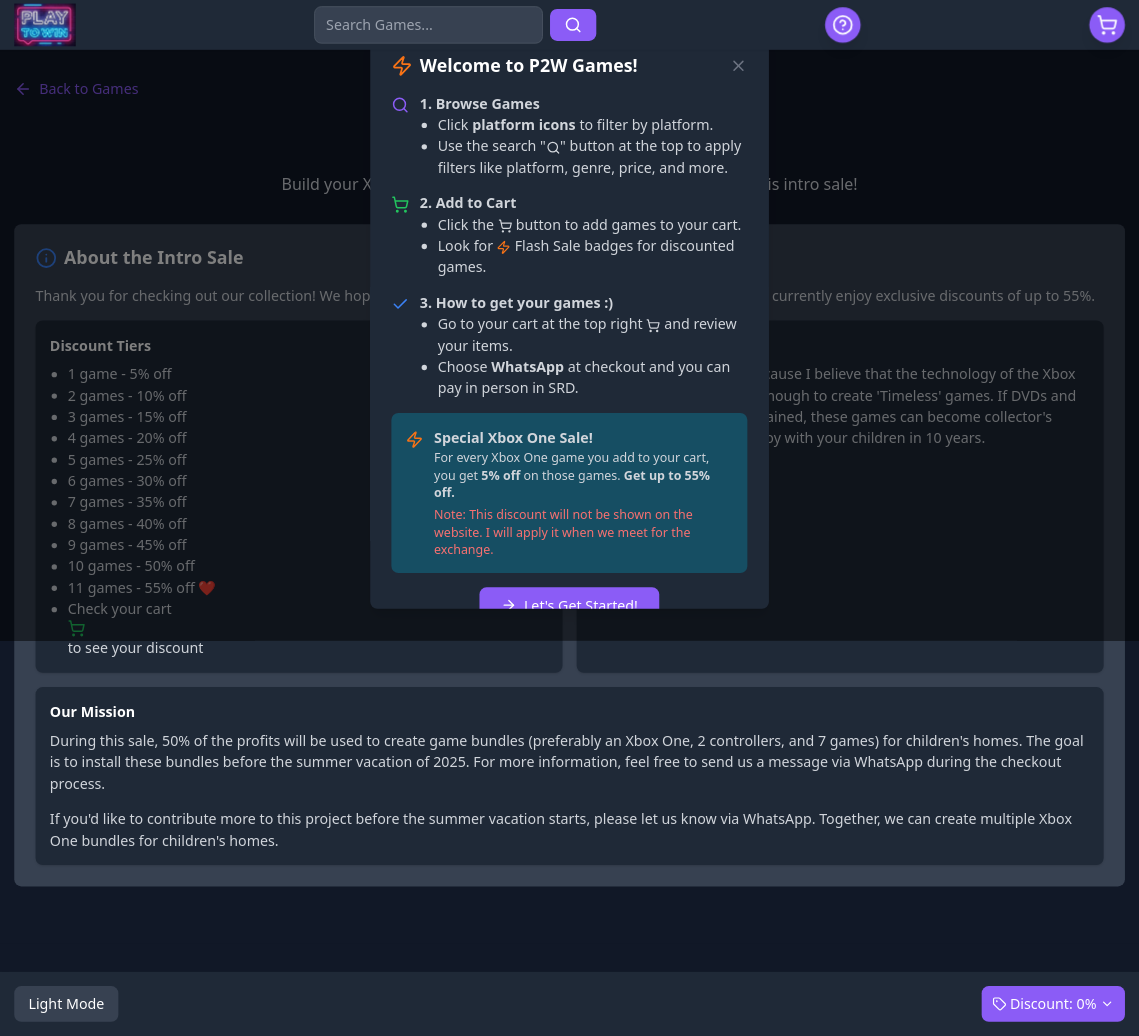
Repository: Play2Win777/P2W-Superbase
Page: /intro-sale
These files come from the project's save history. The page is drawn as it stood at one moment and after the next save; the edit follows.
The browser window is 1280 px wide. The pictures show the whole page, at 89% of full size.
The page's requests for data from a server got no answer. The project was rebuilt for these pictures with package versions that can differ from the ones it lists, and the page was loaded fresh each time. No one was signed in, and anything a server would have sent is missing. Also part of the build but not shown: vite.config.ts, src/components/Filters.tsx, src/components/GameCard.tsx, src/components/FlashSaleBadge.tsx, src/pages/GameDetails.tsx, src/pages/Checkout.tsx, src/pages/FlashSalePage.tsx, src/components/Toast.tsx.

Above is the page before, as saved 2025-03-22 11:41:04.

After the next save:
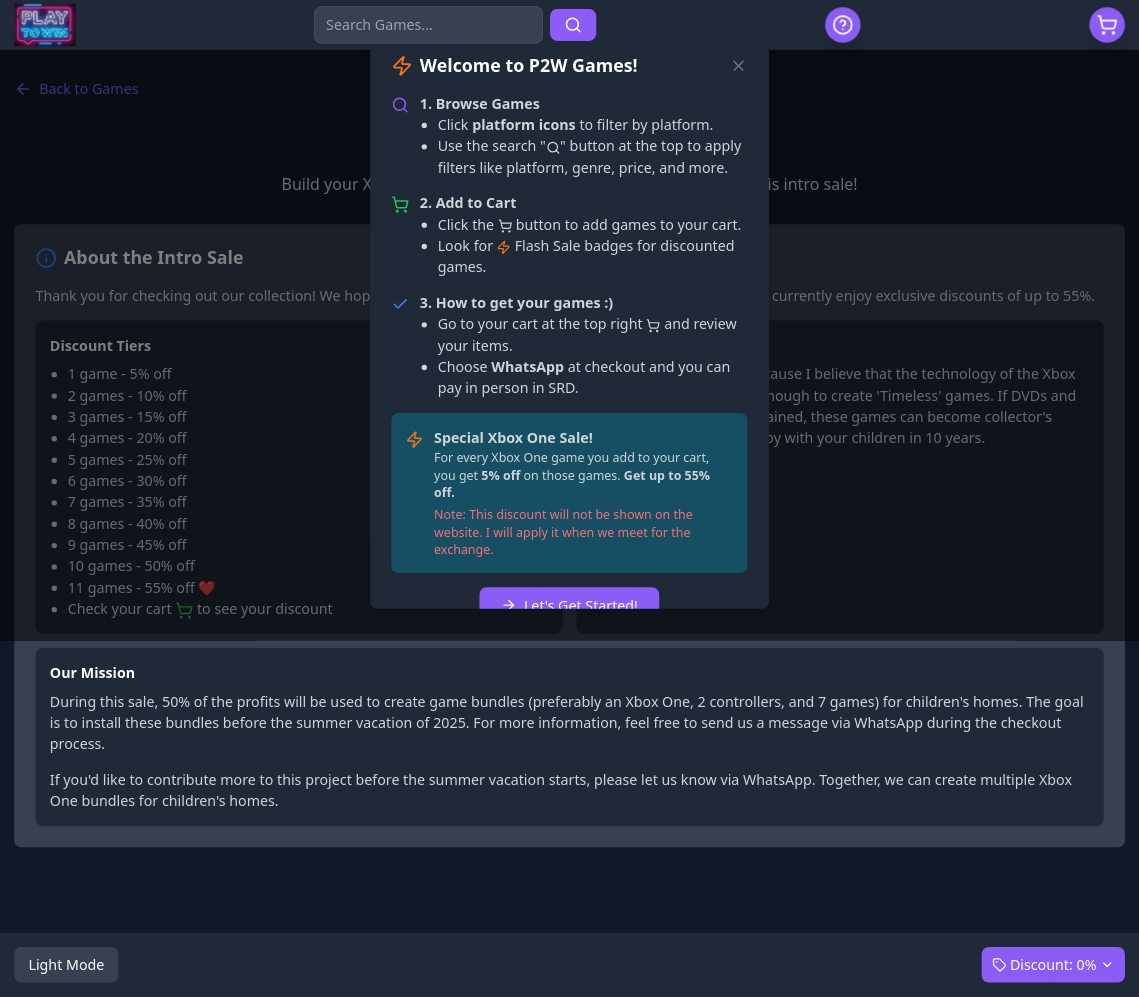
Saved 36 s later.
--- a/src/pages/IntroSalePage.tsx
+++ b/src/pages/IntroSalePage.tsx
@@ -89,7 +89,7 @@
               <li>9 games - 45% off</li>
               <li>10 games - 50% off</li>
               <li>11 games - 55% off <span role="img" aria-label="heart">❤️</span></li>
-              <li>Check your cart <ShoppingCart size={20} className=" text-green-500" /> to see your discount</li>
+              <li>Check your cart <ShoppingCart size={20} className="inline text-green-500" /> to see your discount</li>
             </ul>
           </div>
           <div className="bg-white dark:bg-gray-800 p-4 rounded-lg shadow">
